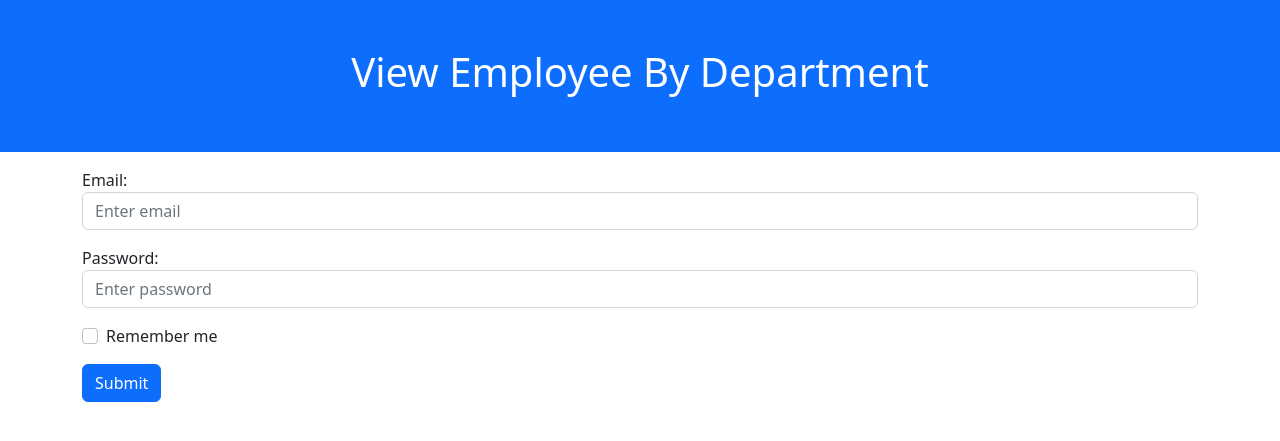
Repository: Rishicollinz/Java_Fullstack
Page: Eclipse 2/jspproject/src/main/webapp/view/bydept.html
These files come from the project's save history. The page is drawn as it stood at one moment and after the next save; the edit follows.
The browser window is 1280 px wide. The pictures show the whole page.

Above is the page before, as saved 2023-05-18 15:38:32.

### Eclipse 2/jspproject/src/main/webapp/view/bydept.html
<!DOCTYPE html>
<html>
<head>
<meta charset="UTF-8">
<title>View By department</title>

<link href="https://cdn.jsdelivr.net/npm/bootstrap@5.2.3/dist/css/bootstrap.min.css" rel="stylesheet">
<script src="https://cdn.jsdelivr.net/npm/bootstrap@5.2.3/dist/js/bootstrap.bundle.min.js"></script>

</head>
<body>

<div class="container-fluid p-5 bg-primary text-white text-center">
  <h1>View Employee By Department</h1>
</div>

<div class="container mt-3">
  <form action="bydept.jsp">
    <div class="mb-3 mt-3">
      <label for="email">Email:</label>
      <input type="email" class="form-control" id="email" placeholder="Enter email" name="email">
    </div>
    <div class="mb-3">
      <label for="pwd">Password:</label>
      <input type="password" class="form-control" id="pwd" placeholder="Enter password" name="pswd">
    </div>
    <div class="form-check mb-3">
      <label class="form-check-label">
        <input class="form-check-input" type="checkbox" name="remember"> Remember me
      </label>
    </div>
    <button type="submit" class="btn btn-primary">Submit</button>
  </form>
</div>


</body>
</html>

After the next save:
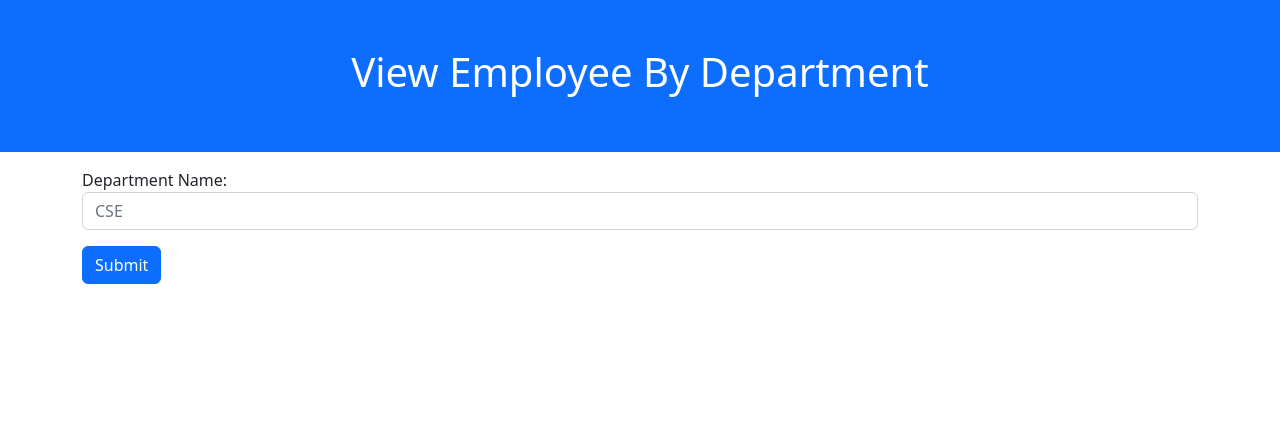
Saved 99 s later.
--- a/Eclipse 2/jspproject/src/main/webapp/view/bydept.html
+++ b/Eclipse 2/jspproject/src/main/webapp/view/bydept.html
@@ -17,17 +17,8 @@
 <div class="container mt-3">
   <form action="bydept.jsp">
     <div class="mb-3 mt-3">
-      <label for="email">Email:</label>
-      <input type="email" class="form-control" id="email" placeholder="Enter email" name="email">
-    </div>
-    <div class="mb-3">
-      <label for="pwd">Password:</label>
-      <input type="password" class="form-control" id="pwd" placeholder="Enter password" name="pswd">
-    </div>
-    <div class="form-check mb-3">
-      <label class="form-check-label">
-        <input class="form-check-input" type="checkbox" name="remember"> Remember me
-      </label>
+      <label for="deptName">Department Name:</label>
+      <input type="text" class="form-control"  placeholder="CSE" name="deptName">
     </div>
     <button type="submit" class="btn btn-primary">Submit</button>
   </form>
